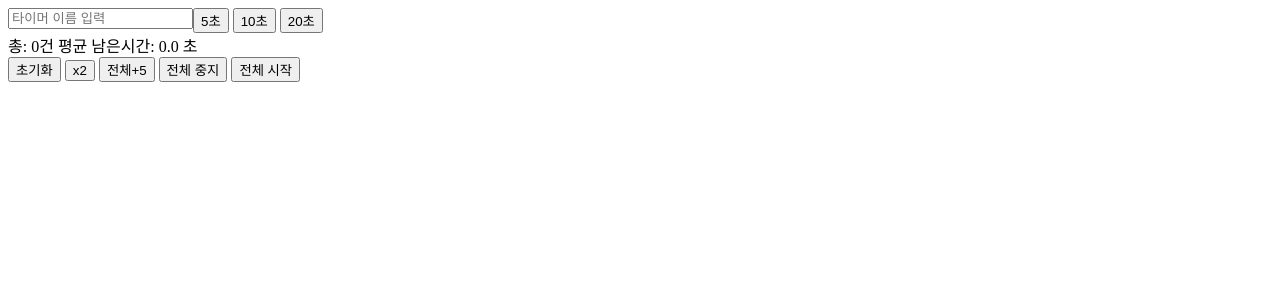
Repository: IT-magician/JS-Practice-Mission2
Page: index.html
An editor plug-in stored every save of this project. The page is shown before and after the next save, followed by the edit.
The browser window is 1280 px wide. The pictures show the whole page.

Above is the page before, as saved 2023-11-15 19:10:10.

After the next save:
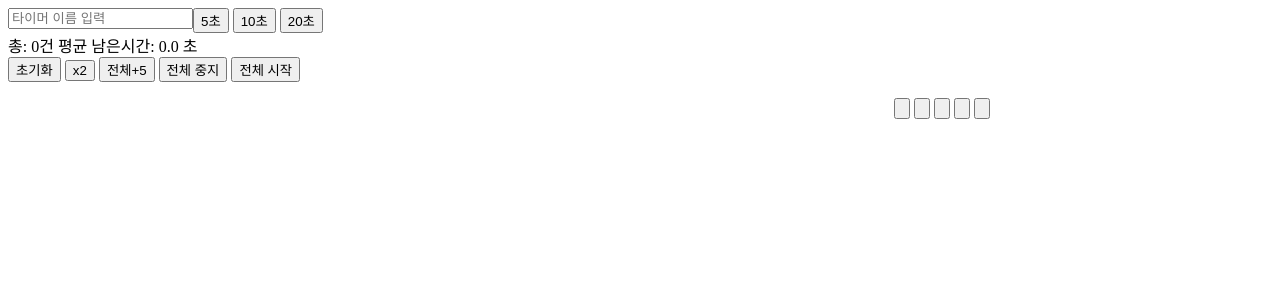
Saved 4 min 28 s later.
--- a/index.html
+++ b/index.html
@@ -37,7 +37,17 @@
         <input type="button" value="전체 시작" />
       </div>
       <ul class="display">
-        <li class="item"></li>
+        <li class="item">
+          <div class="name"></div>
+          <div class="left-time"></div>
+          <div class="sub-control">
+            <input type="button" class="reset" />
+            <input type="button" class="multiple" />
+            <input type="button" class="add" />
+            <input type="button" class="all-stop" />
+            <input type="button" class="all-start" />
+          </div>
+        </li>
       </ul>
     </div>
 
